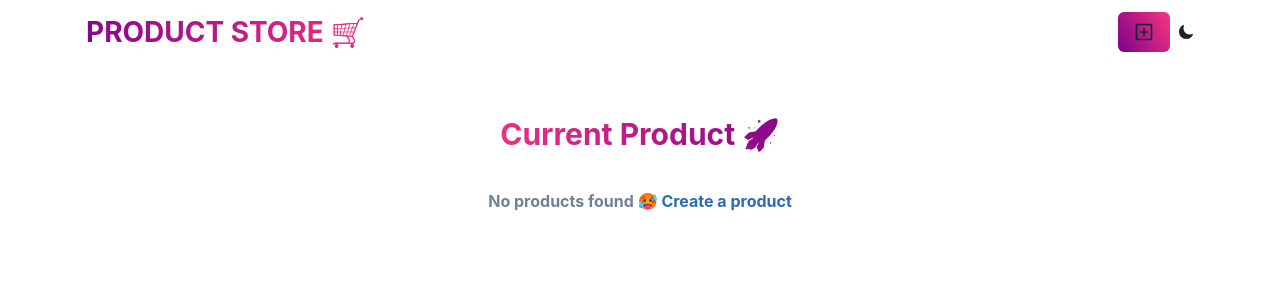
Repository: xiaojing168jmg168/MERN-API
Page: / (app in frontend/)
An editor plug-in stored every save of this project. The page is shown before and after the next save, followed by the edit.
The browser window is 1280 px wide. The pictures show the whole page.
The project was rebuilt for these pictures with package versions that can differ from the ones it lists, and the page was loaded fresh each time. Also part of the build but not shown: frontend/vite.config.js, frontend/src/store/product.js, frontend/src/pages/CreatePage.jsx.

Above is the page before, as saved 2025-01-29 12:19:39.

### frontend/src/main.jsx
import React from "react";
import ReactDOM from "react-dom/client";
import App from "./App.jsx";

import { ChakraProvider } from "@chakra-ui/react";

import { BrowserRouter } from "react-router-dom";

ReactDOM.createRoot(document.getElementById("root")).render(
  <React.StrictMode>
    <BrowserRouter>
      <ChakraProvider>
        {/* 👇 Here's the script */}

        <App />
      </ChakraProvider>
    </BrowserRouter>
  </React.StrictMode>
);

### frontend/src/App.jsx
import { Box, useColorModeValue } from "@chakra-ui/react";
import { Route, Routes } from "react-router-dom";
import CreatePage from "./pages/CreatePage";
import HomePage from "./pages/HomePage";
import Navbar from "./components/Navbar";

function App() {
  return (
    <Box minH={"100vh"} bg={useColorModeValue("red.10", "gray.900")}>
      <Navbar />
      <Routes>
        <Route path="/" element={<HomePage />} />
        <Route path="/create" element={<CreatePage />} />
      </Routes>
    </Box>
  );
}

export default App;

### frontend/src/pages/HomePage.jsx
import { Container, VStack, Text } from "@chakra-ui/react";
import { Link } from "react-router-dom";
const HomePage = () => {
  return (
    <Container maxW="container.x1" py={12}>
      <VStack spacing={8}>
        <Text
          fontSize={"30"}
          fontWeight={"bold"}
          bgGradient={"linear(to-l, rgb(135, 7, 137), rgb(237, 48, 130))"}
          bgClip={"text"}
          textAlign={"center"}
        >
          Current Product 🚀
        </Text>
        <Text
          fontSize="x1"
          textAlign={"center"}
          fontWeight="bold"
          color="gray.500"
        >
          No products found 🥵{" "}
          <Link to={"/create"}>
            <Text
              as="span"
              color="blue.600"
              _hover={{ textDecoration: "underline" }}
            >
              Create a product
            </Text>
          </Link>
        </Text>
      </VStack>
    </Container>
  );
};

export default HomePage;

### frontend/src/components/Navbar.jsx
import {
  Container,
  Flex,
  HStack,
  Text,
  Button,
  useColorMode,
} from "@chakra-ui/react";
import { Link } from "react-router-dom";
import { PlusSquareIcon } from "@chakra-ui/icons";

import { IoMoon } from "react-icons/io5";
import { LuSun } from "react-icons/lu";

const Navbar = () => {
  const { colorMode, toggleColorMode } = useColorMode();
  return (
    <Container maxW={"1140px"} px={4}>
      <Flex
        h={16}
        alignItems={"center"}
        justifyContent={"space-between"}
        flexDir={{
          base: "column",
          sm: "row",
        }}
      >
        <Text
          fontSize={{ base: "22", sm: "28" }}
          fontWeight={"bold"}
          textTransform={"uppercase"}
          textAlign={"center"}
          bgGradient="linear(to-r,rgb(135, 7, 137),rgb(237, 48, 130))"
          bgClip="text"
        >
          <Link to={"/"}>Product Store 🛒</Link>
        </Text>

        <HStack spacing={2} alignItems={"center"}>
          <Link to={"/create"}>
            <Button
              background={
                "linear-gradient(60deg, rgb(135, 7, 137) 10%, rgb(237, 48, 130) 90%)"
              }
            >
              <PlusSquareIcon fontSize={20} />
            </Button>
          </Link>
          <button onClick={toggleColorMode}>
            {colorMode === "light" ? <IoMoon /> : <LuSun size="20" />}
          </button>
        </HStack>
      </Flex>
    </Container>
  );
};

export default Navbar;

Loaded but not shown: frontend/index.html (common file)

After the next save:
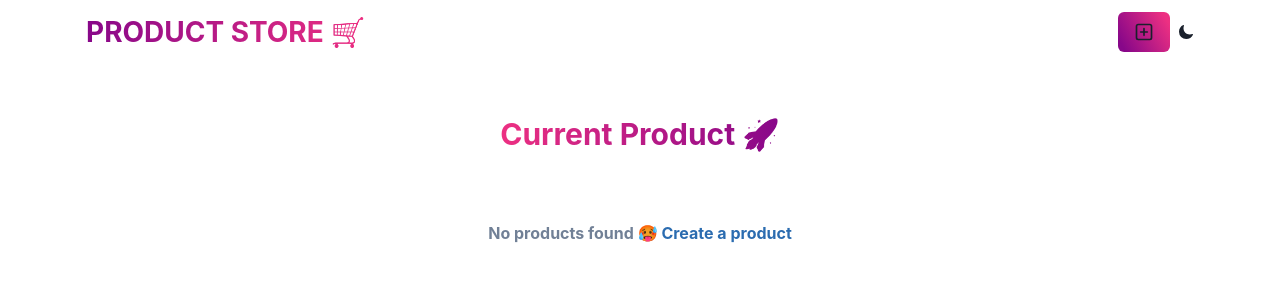
Saved 9 h 51 min later.
--- a/frontend/src/pages/HomePage.jsx
+++ b/frontend/src/pages/HomePage.jsx
@@ -1,4 +1,4 @@
-import { Container, VStack, Text } from "@chakra-ui/react";
+import { Container, VStack, Text, SimpleGrid } from "@chakra-ui/react";
 import { Link } from "react-router-dom";
 const HomePage = () => {
   return (
@@ -13,6 +13,16 @@ const HomePage = () => {
         >
           Current Product 🚀
         </Text>
+
+        <SimpleGrid
+          columns={{
+            base: 1,
+            md: 2,
+            lg: 3,
+          }}
+          spacing={10}
+          w={"full"}
+        ></SimpleGrid>
         <Text
           fontSize="x1"
           textAlign={"center"}
